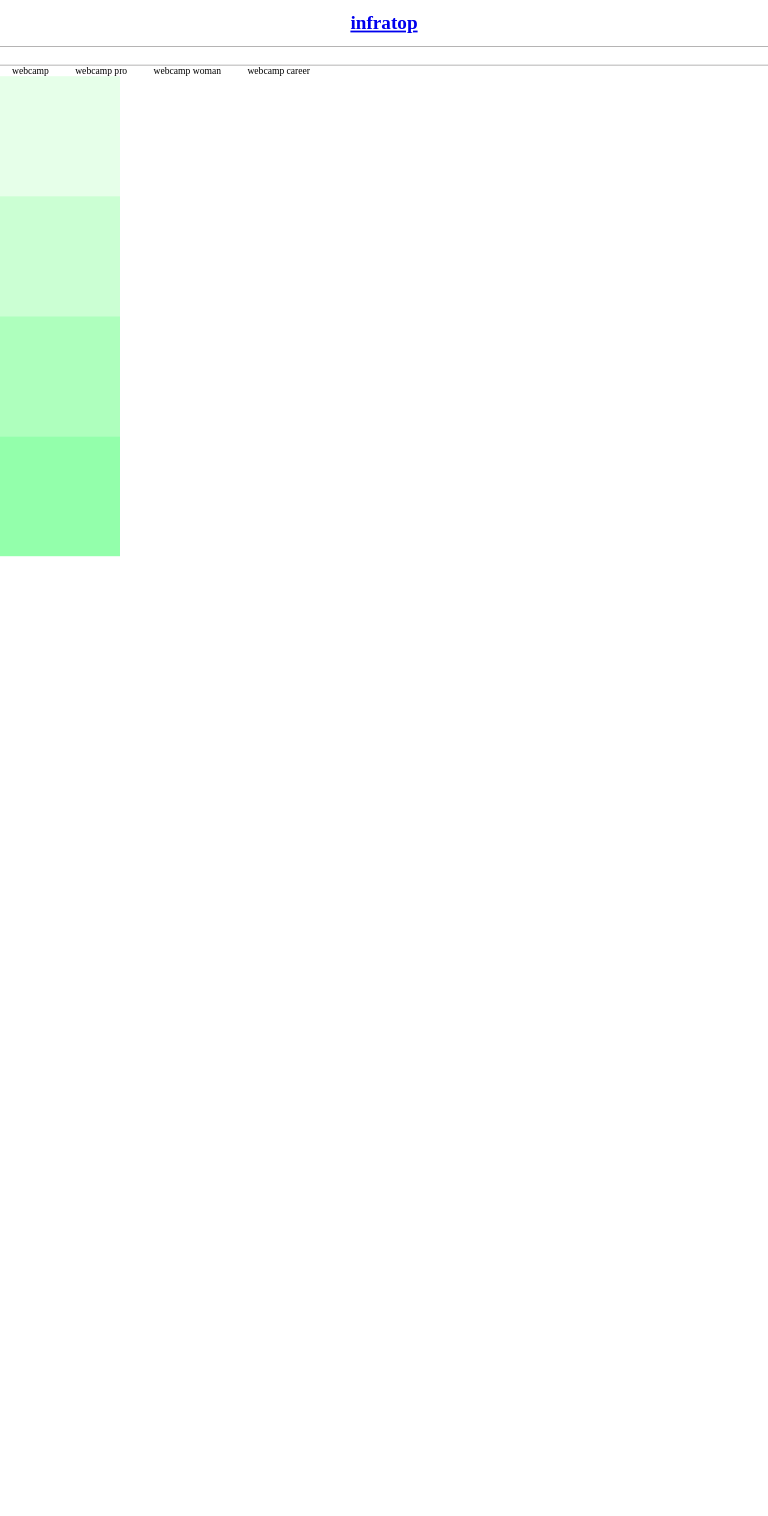
Repository: NANAKUNITA/chapter10
Page: chapter5/chapter5.html
The author's editor kept a record of every edit. The page is drawn from the files as they stood at one moment, then again after the next edit.
The browser window is 1280 px wide. The pictures show the whole page, at 60% of full size.

Above is the page before.

### chapter5/chapter5.html
<!DOCCTYPE html>
<html lang="ja">
  <head>
    <meta charset="UTF-8"/>
    <link rel="stylesheet" href="chapter5.css">
    <title>infratop</title>
  </head>

  <body>
    <header>
      <h1 class="header">
        <a href="chapter5.html">
          infratop
        </a>
      </h1>
    </header>

    <nav>
      <ul class="nav-list"></ul>
        <li class="nav-list-item">webcamp</li>
        <li class="nav-list-item">webcamp pro</li>
        <li class="nav-list-item">webcamp woman</li>
        <li class="nav-list-item">webcamp career</li>
    </nav>

   <div class="box1"></div>
   <div class="box2"></div>
   <div class="box3"></div>
   <div class="box4"></div>
   <div class="box5"></div>
   <div class="box6"></div>
   <div class="box7"></div>
   <div class="box8"></div>
   <div class="box9"></div>
   <div class="box10"></div>
   <div class="box11"></div>
   <div class="box12"></div>
  </body>
</html>

### chapter5/chapter5.css
*{
  margin: 0;
  padding: 0;
  box-sizing: border-box;
}

header{
  width:100%;
  padding:20px 0;
  text-align:center;
}

.nav-list{
  text-align:center;
  padding:15px 0;
  margin:0 auto;
  border-bottom:1px solid #848282;
  border-top:1px solid #848282;
}

.nav-list-item{
  list-style:none;
  display:inline-block;
  margin:0 20px;
}

.main{
  width:800px;
 margin:50px auto;
 display: flex;
 flex-wrap: wrap;
}

.box1{
  width: 200px;
  height: 200px;
  background-color: #e6ffe9;
}

.box2{
  width: 200px;
  height: 200px;
  background-color: #cbffd3;
}

.box3{
  width: 200px;
  height: 200px;
  background-color: #aeffbd;
}

.box4{
  width: 200px;
  height: 200px;
  background-color: #93ffab;
}

.box5{
  width: 200px;
  height: 200px;
  background-color: ;
}

.box6{
  width: 200px;
  height: 200px;
  background-color: ;
}

.box7{
  width: 200px;
  height: 200px;
  background-color: ;
}

.box8{
  width: 200px;
  height: 200px;
  background-color: ;
}

.box9{
  width: 200px;
  height: 200px;
  background-color: ;
}

.box10{
  width: 200px;
  height: 200px;
  background-color: ;
}

.box11{
  width: 200px;
  height: 200px;
  background-color: ;
}

.box12{
  width: 200px;
  height: 200px;
  background-color: ;
}

After the next edit:
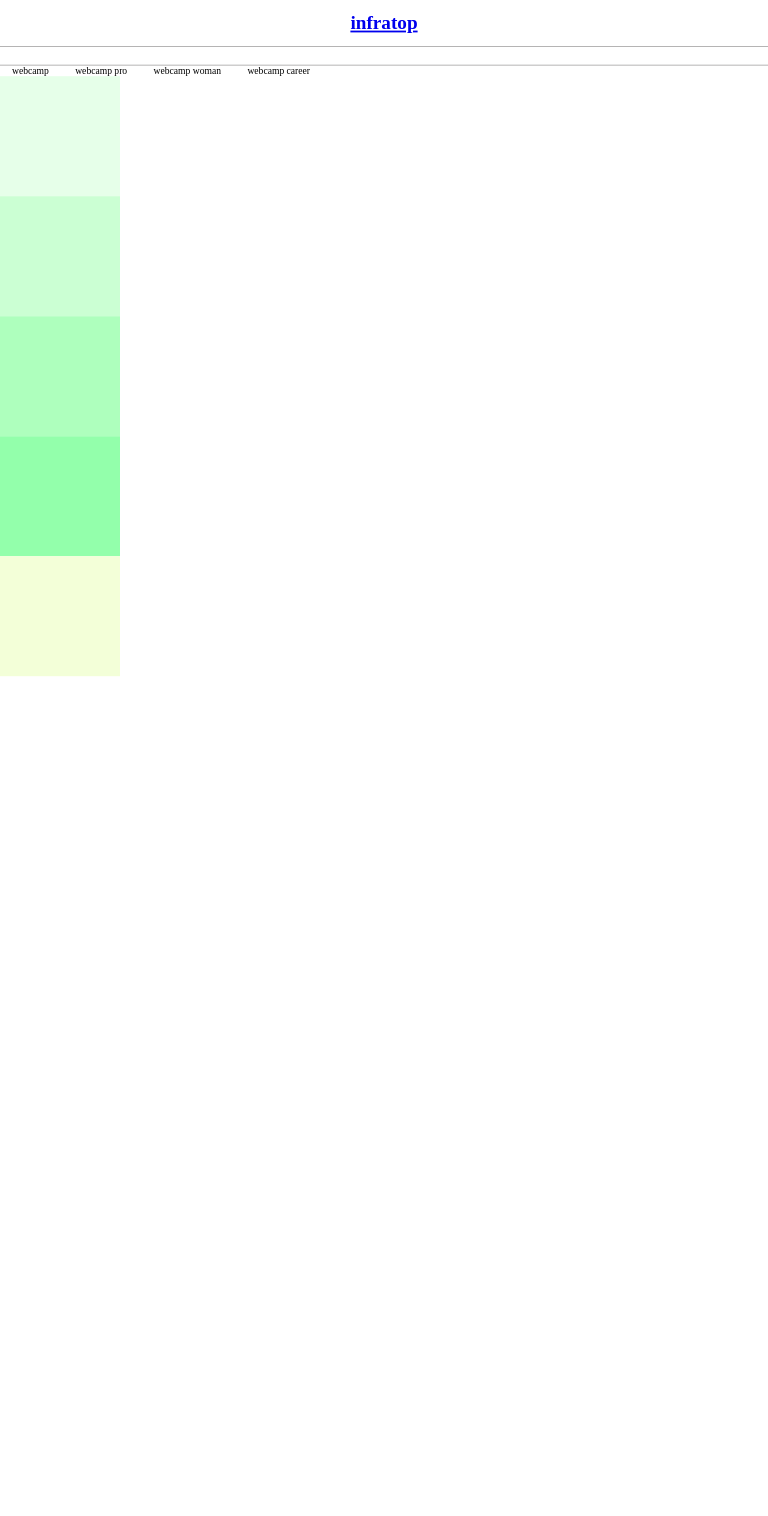
The edit:
--- a/chapter5/chapter5.css
+++ b/chapter5/chapter5.css
@@ -58,7 +58,7 @@
 .box5{
   width: 200px;
   height: 200px;
-  background-color: ;
+  background-color: #f3ffd8;
 }
 
 .box6{
